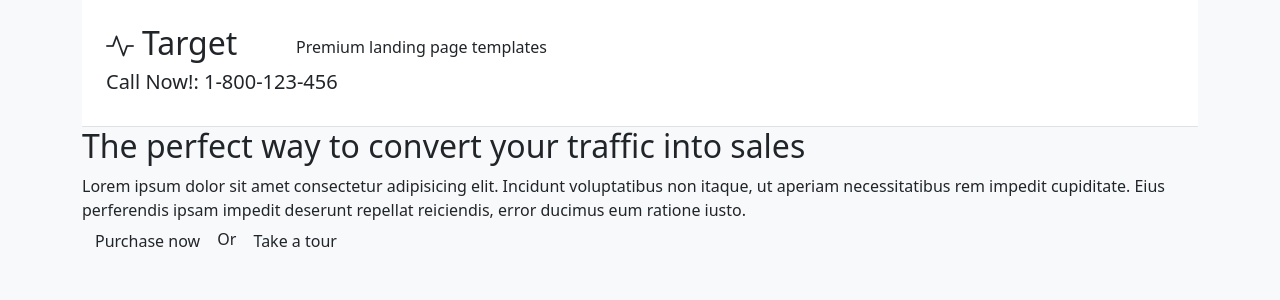
Repository: lyvandat/dh---bootstrap1
Page: index.html
These files come from the project's save history. The page is drawn as it stood at one moment and after the next save; the edit follows.
The browser window is 1280 px wide. The pictures show the whole page.
Some web libraries are served in a nearby version.

Above is the page before, as saved 2022-11-01 20:00:13.

### index.html
<!DOCTYPE html>
<html lang="en">
  <head>
    <!-- Required meta tags -->
    <meta charset="utf-8" />
    <meta name="viewport" content="width=device-width, initial-scale=1" />

    <!-- Bootstrap CSS -->
    <link
      href="https://cdn.jsdelivr.net/npm/bootstrap@5.0.2/dist/css/bootstrap.min.css"
      rel="stylesheet"
      integrity="sha384-EVSTQN3/azprG1Anm3QDgpJLIm9Nao0Yz1ztcQTwFspd3yD65VohhpuuCOmLASjC"
      crossorigin="anonymous"
    />
    <link
      rel="stylesheet"
      href="https://cdn.jsdelivr.net/npm/bootstrap-icons@1.9.1/font/bootstrap-icons.css"
    />
    <title>Hello, world!</title>
  </head>
  <body class="bg-light">
    <div class="container">
      <section
        class="container align-items-center bg-white p-4 border-bottom border-gray"
      >
        <div class="row">
          <div class="col-2 d-inline-flex me-2">
            <i class="bi bi-activity fs-3 me-2"></i>
            <h2>Target</h2>
          </div>
          <div class="col-7 d-flex align-items-center">
            <div class="text-gray font-style-italic">
              Premium landing page templates
            </div>
          </div>
          <div class="col-3 d-flex align-items-center">
            <h3 class="fs-5">Call Now!: 1-800-123-456</h3>
          </div>
        </div>
      </section>

      <!-- intro -->
      <section>
        <div>
          <h2>The perfect way to convert your traffic into sales</h2>
          <article>
            Lorem ipsum dolor sit amet consectetur adipisicing elit. Incidunt
            voluptatibus non itaque, ut aperiam necessitatibus rem impedit
            cupiditate. Eius perferendis ipsam impedit deserunt repellat
            reiciendis, error ducimus eum ratione iusto.
          </article>
          <div>
            <button class="btn rounded-pill">Purchase now</button>
            <span>Or</span>
            <button class="btn rounded-pill">Take a tour</button>
          </div>
        </div>
      </section>
    </div>
    <!-- Optional JavaScript; choose one of the two! -->

    <!-- Option 1: Bootstrap Bundle with Popper -->
    <script
      src="https://cdn.jsdelivr.net/npm/bootstrap@5.0.2/dist/js/bootstrap.bundle.min.js"
      integrity="sha384-MrcW6ZMFYlzcLA8Nl+NtUVF0sA7MsXsP1UyJoMp4YLEuNSfAP+JcXn/tWtIaxVXM"
      crossorigin="anonymous"
    ></script>
  </body>
</html>

After the next save:
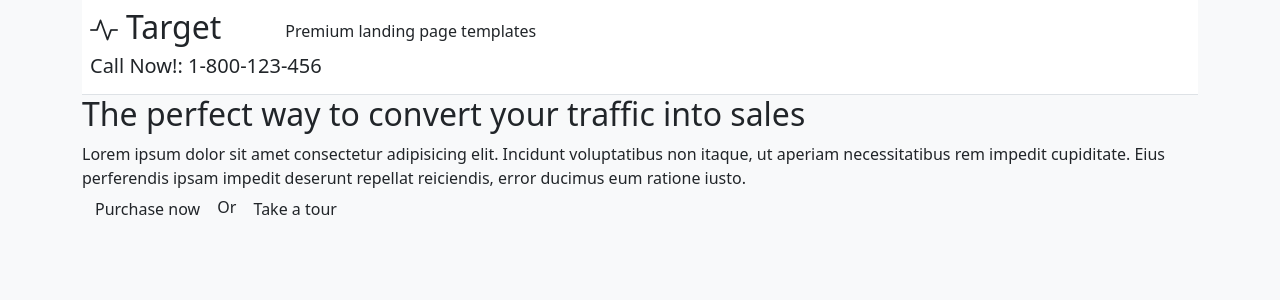
Saved 15 s later.
--- a/index.html
+++ b/index.html
@@ -21,7 +21,7 @@
   <body class="bg-light">
     <div class="container">
       <section
-        class="container align-items-center bg-white p-4 border-bottom border-gray"
+        class="container align-items-center bg-white p-2 border-bottom border-gray"
       >
         <div class="row">
           <div class="col-2 d-inline-flex me-2">
